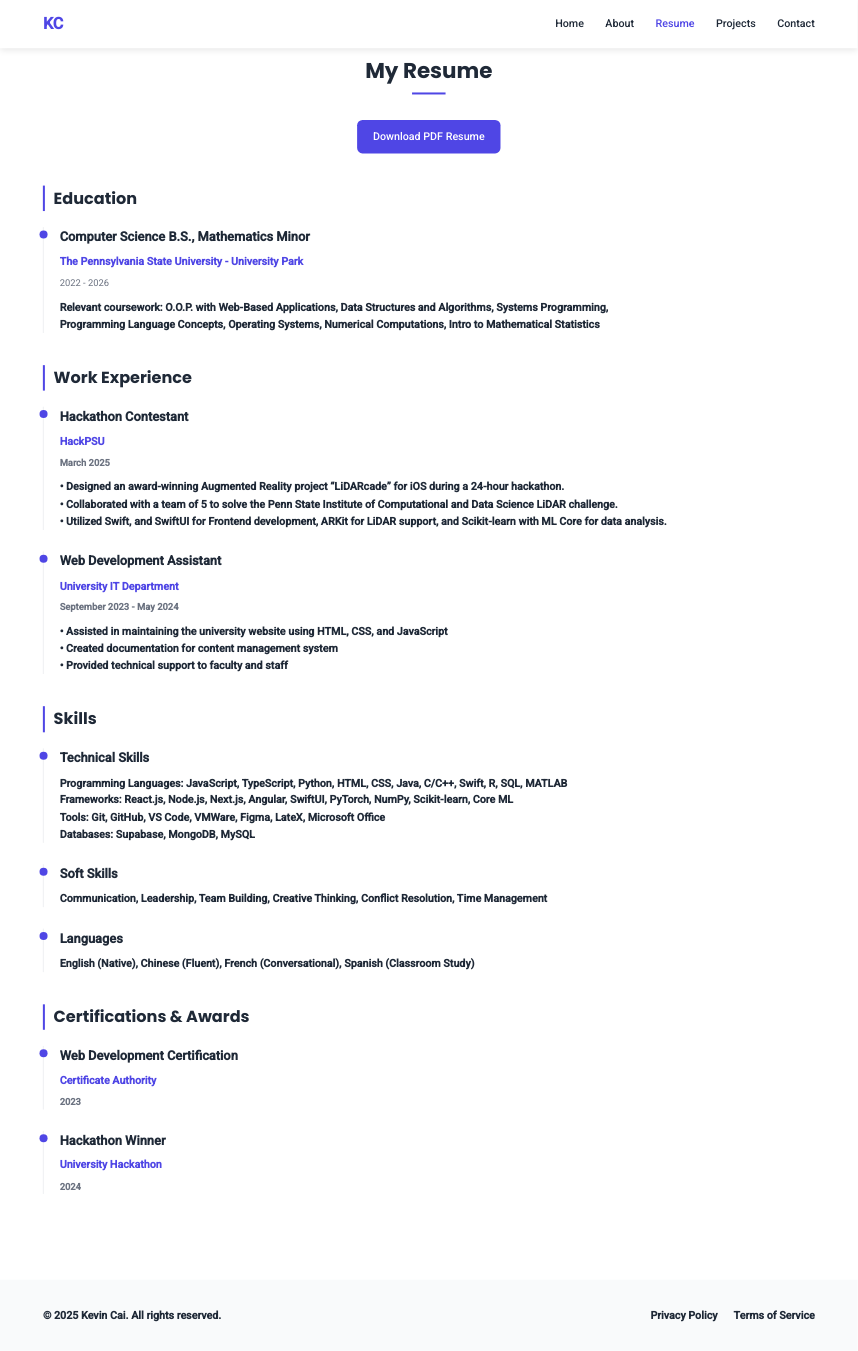
Repository: itskevbo/E-Portfolio
Page: pages/resume.html
The author's editor kept a copy of each file at every save. The page is drawn from the files as they stood at one save, then again after the next save.
The browser window is 1280 px wide. The pictures show the whole page, at 67% of full size.

Above is the page before, as saved 2025-04-15 00:18:41.

After the next save:
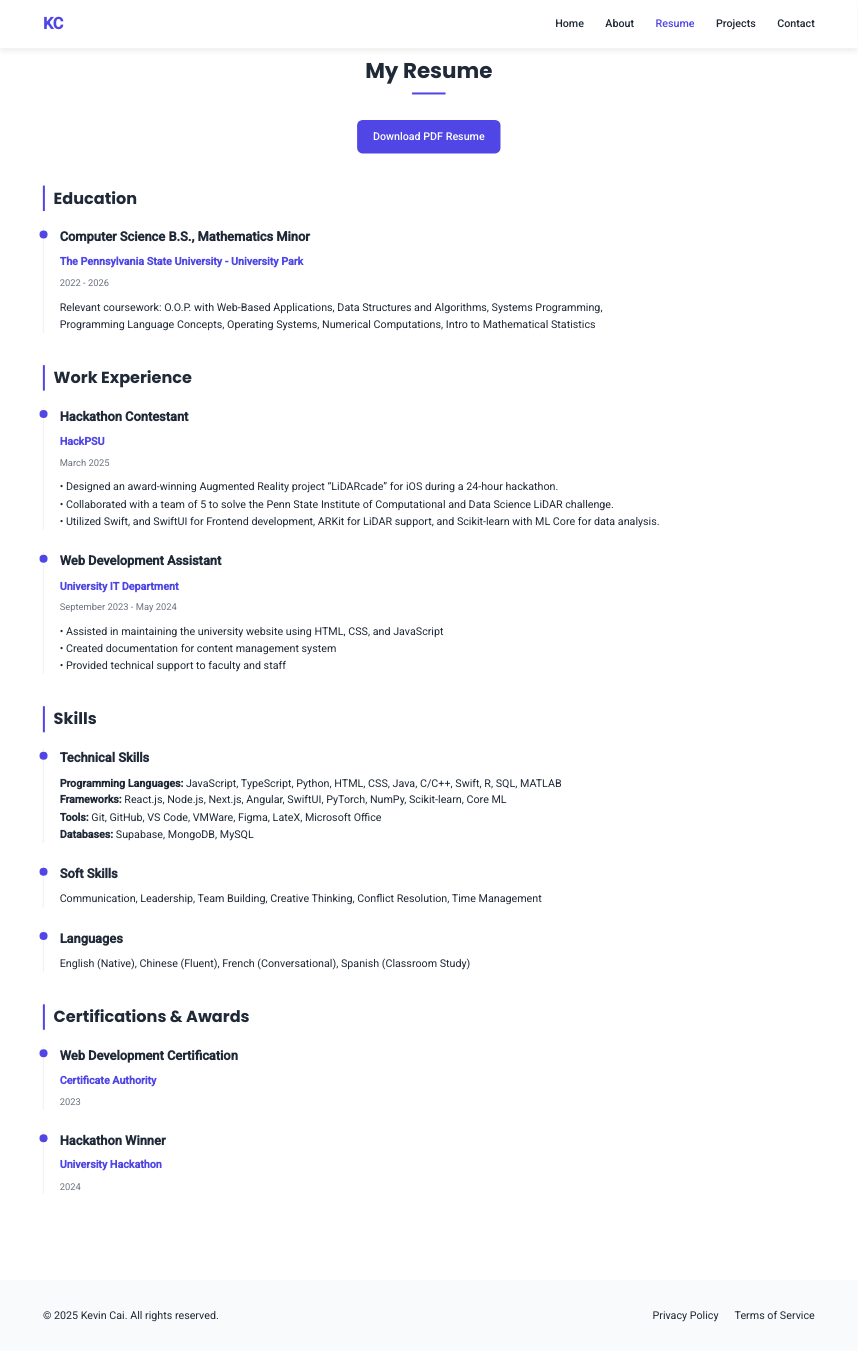
Saved 15 s later.
--- a/pages/resume.html
+++ b/pages/resume.html
@@ -129,7 +129,7 @@
                         <h5 class="resume-item__subtitle">The Pennsylvania State University - University Park</h5>
                         <p class="resume-item__date">2022 - 2026</p>
                         <p class="resume-item__description">
-                            <b> Relevant coursework: <b> O.O.P. with Web-Based Applications, Data Structures and Algorithms, Systems Programming, <br>
+                            Relevant coursework: O.O.P. with Web-Based Applications, Data Structures and Algorithms, Systems Programming, <br>
                             Programming Language Concepts, Operating Systems, Numerical Computations, Intro to Mathematical Statistics
                         </p>
                     </div>
